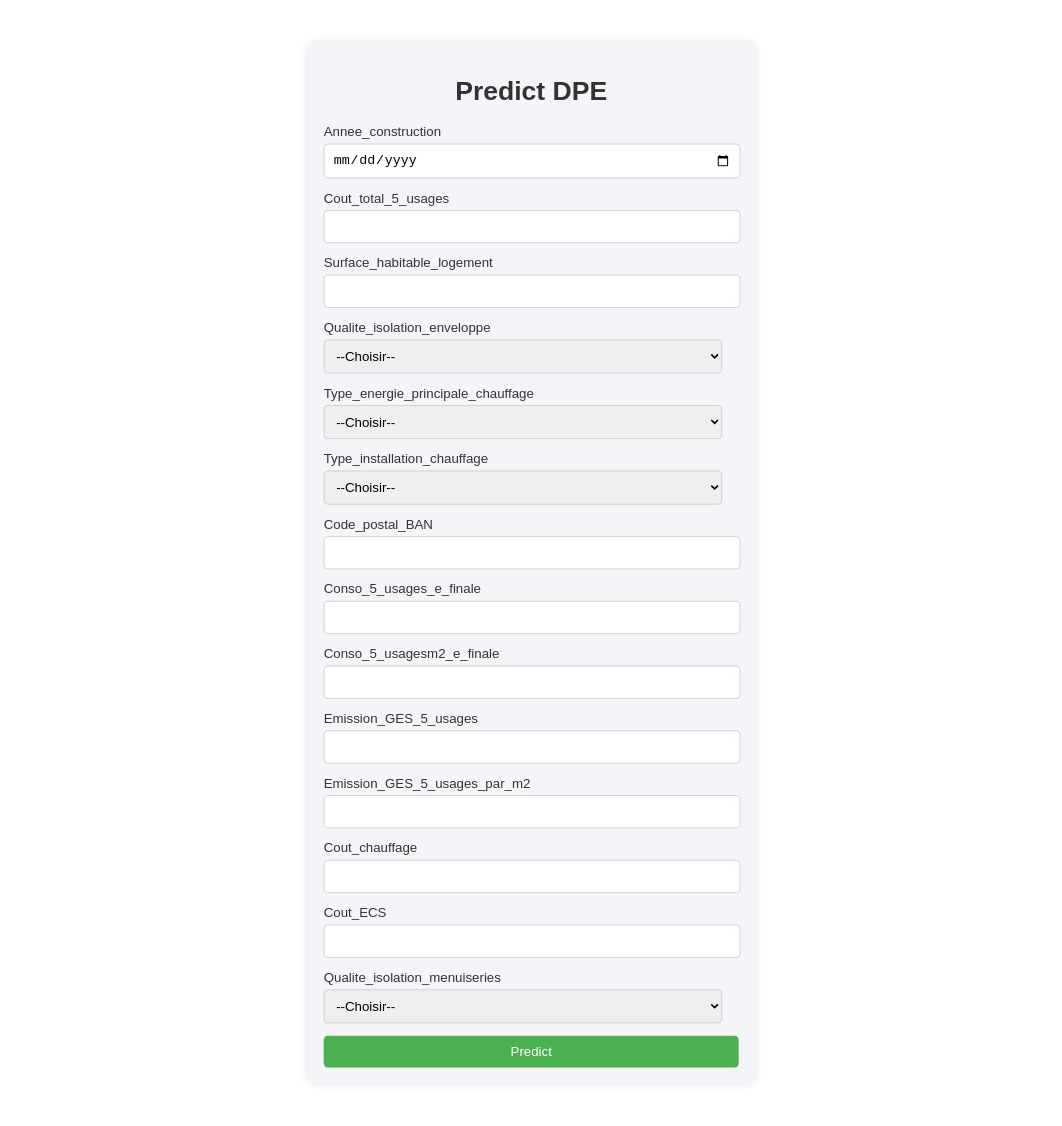
Repository: abdouAppcraft/Predict-DPE
Page: /
The author's editor kept a copy of each file at every save. The page is drawn from the files as they stood at one save, then again after the next save.
The browser window is 1280 px wide. The pictures show the whole page, at 83% of full size.
The page's requests for data from a server got no answer. The project was rebuilt for these pictures with package versions that can differ from the ones it lists, and the page was loaded fresh each time. No one was signed in, and anything a server would have sent is missing. Also part of the build but not shown: src/screens/Result/Result.tsx.

Above is the page before, as saved 2024-06-11 16:04:22.

### src/App.tsx
import React from "react";
import PredictForm from "./screens/PredictForm/PredictForm";
import { createBrowserRouter, RouterProvider } from "react-router-dom";
import Result from "./screens/Result/Result";

const router = createBrowserRouter([
  {
    path: "/",
    Component: PredictForm,
  },
  {
    path: "/result",
    Component: Result,
  },
]);

const App: React.FC = () => {
  return (
    <>
      <RouterProvider router={router} />
    </>
  );
};

export default App;

### src/screens/PredictForm/PredictForm.tsx
import React, { useState } from "react";
import axios from "axios";
import "./PredictForm.css";
import { useNavigate } from "react-router-dom";
import { useDpeOptions } from "../../hooks/useDpeOptions";

type Field = {
  name: string;
  type: string;
};

const field: Field[] = [
  { name: "Annee_construction", type: "date" },
  { name: "Cout_total_5_usages", type: "number" },
  { name: "Surface_habitable_logement", type: "number" },
  { name: "Qualite_isolation_enveloppe", type: "select" },
  { name: "Type_energie_principale_chauffage", type: "select" },
  { name: "Type_installation_chauffage", type: "select" },
  { name: "Code_postal_BAN", type: "address" },
  { name: "Conso_5_usages_e_finale", type: "number" },
  { name: "Conso_5_usagesm2_e_finale", type: "number" },
  { name: "Emission_GES_5_usages", type: "number" },
  { name: "Emission_GES_5_usages_par_m2", type: "number" },
  { name: "Cout_chauffage", type: "number" },
  { name: "Cout_ECS", type: "number" },
  { name: "Qualite_isolation_menuiseries", type: "select" },
];

const PredictForm: React.FC = () => {
  const [formData, setFormData] = useState<Record<string, any>>({});

  const [prediction, setPrediction] = useState<string | null>(null);
  const navigate = useNavigate();
  const options = useDpeOptions();

  console.log({ options });

  const handleChange = (
    e: React.ChangeEvent<HTMLInputElement | HTMLSelectElement>
  ) => {
    const { name, value, type } = e.target;
    if (type === "checkbox") {
      setFormData({
        ...formData,
        [name]: (e.target as HTMLInputElement).checked,
      });
    } else {
      setFormData({
        ...formData,
        [name]: value,
      });
    }
  };

  const handleSubmit = async (e: React.FormEvent) => {
    e.preventDefault();
    console.log("Form Data Submitted:", formData); // Ajoutez ce journal pour voir les données soumises
    try {
      // const response = await axios.post(
      //   "http://localhost:8000/predict/",
      //   formData
      // );
      // console.log("Prediction Response:", response.data); // Ajoutez ce journal pour voir la réponse
      // setPrediction(response.data.predicted_DPE);
      navigate("/result");
    } catch (error) {
      console.error("There was an error making the request:", error);
    }
  };

  const renderRow = (f: Field) => {
    switch (f.type) {
      case "select":
        return (
          <div className="form-group">
            <label>{f.name}</label>
            <select
              name={f.name}
              value={formData[f.name]}
              onChange={handleChange}
              required
            >
              <option value="">--Choisir--</option>
              <option value="électrique">Électrique</option>
              <option value="gaz">Gaz</option>
              <option value="fioul">Fioul</option>
              <option value="bois">Bois</option>
              <option value="autre">Autre</option>
            </select>
          </div>
        );
        break;

      default:
        return (
          <>
            <div className="form-group">
              <label>{f.name}</label>
              <input
                type={f.type}
                name={f.name}
                value={formData[f.name]}
                onChange={handleChange}
                required
              />
            </div>
          </>
        );
    }
  };

  return (
    <div className="predict-form">
      <h1>Predict DPE</h1>
      <form onSubmit={handleSubmit}>
        {/* <div className="form-group">
          <label>Surface habitable (m²):</label>
          <input
            type="number"
            name="Surface_habitable"
            value={formData.Surface_habitable}
            onChange={handleChange}
            required
          />
        </div>
        <div className="form-group">
          <label>Année de construction:</label>
          <input
            type="number"
            name="Annee_construction"
            value={formData.Annee_construction}
            onChange={handleChange}
            required
          />
        </div>
        <div className="form-group">
          <label>Type de chauffage:</label>
          <select
            name="Type_chauffage"
            value={formData.Type_chauffage}
            onChange={handleChange}
            required
          >
            <option value="">--Choisir--</option>
            <option value="électrique">Électrique</option>
            <option value="gaz">Gaz</option>
            <option value="fioul">Fioul</option>
            <option value="bois">Bois</option>
            <option value="autre">Autre</option>
          </select>
        </div>
        <div className="form-group">
          <label>Panneaux solaires:</label>
          <input
            type="checkbox"
            name="Panneaux_solaires"
            checked={formData.Panneaux_solaires}
            onChange={handleChange}
          />
        </div>
        <div className="form-group">
          <label>Nombre de pièces:</label>
          <input
            type="number"
            name="Nombre_pieces"
            value={formData.Nombre_pieces}
            onChange={handleChange}
            required
          />
        </div> */}
        {field.map((f) => renderRow(f))}
        <button type="submit" className="submit-btn">
          Predict
        </button>
      </form>
      {prediction && <h2>Predicted DPE: {prediction}</h2>}
    </div>
  );
};

export default PredictForm;

### src/screens/PredictForm/PredictForm.css
.predict-form {
    max-width: 500px;
    margin: 50px auto;
    padding: 20px;
    background-color: #f4f4f9;
    border-radius: 10px;
    box-shadow: 0 0 10px rgba(0, 0, 0, 0.1);
    font-family: Arial, sans-serif;
}

.predict-form h1 {
    text-align: center;
    color: #333;
}

.form-group {
    margin-bottom: 15px;
}

.form-group label {
    display: block;
    margin-bottom: 5px;
    color: #333;
}

.form-group input,
.form-group select {
    width: calc(100% - 20px);
    padding: 10px;
    border: 1px solid #ccc;
    border-radius: 5px;
    font-size: 16px;
}

.form-group input[type="checkbox"] {
    width: auto;
}

.submit-btn {
    width: 100%;
    padding: 10px;
    background-color: #4CAF50;
    color: white;
    border: none;
    border-radius: 5px;
    font-size: 16px;
    cursor: pointer;
    transition: background-color 0.3s ease;
}

.submit-btn:hover {
    background-color: #45a049;
}

h2 {
    text-align: center;
    color: #333;
    margin-top: 20px;
}

### src/hooks/useDpeOptions.tsx
import axios from "axios";
import { useEffect, useState } from "react";

export const useDpeOptions = () => {
  const [options, setOptions] = useState();

  useEffect(() => {
    axios.get("http://127.0.0.1:8000/dpe/options").then((res) => {
      setOptions(res.data);
    });
  }, []);

  return options;
};

Loaded but not shown: public/index.html (common file); src/index.tsx (common file); src/index.css (common file); src/reportWebVitals.ts (common file)

After the next save:
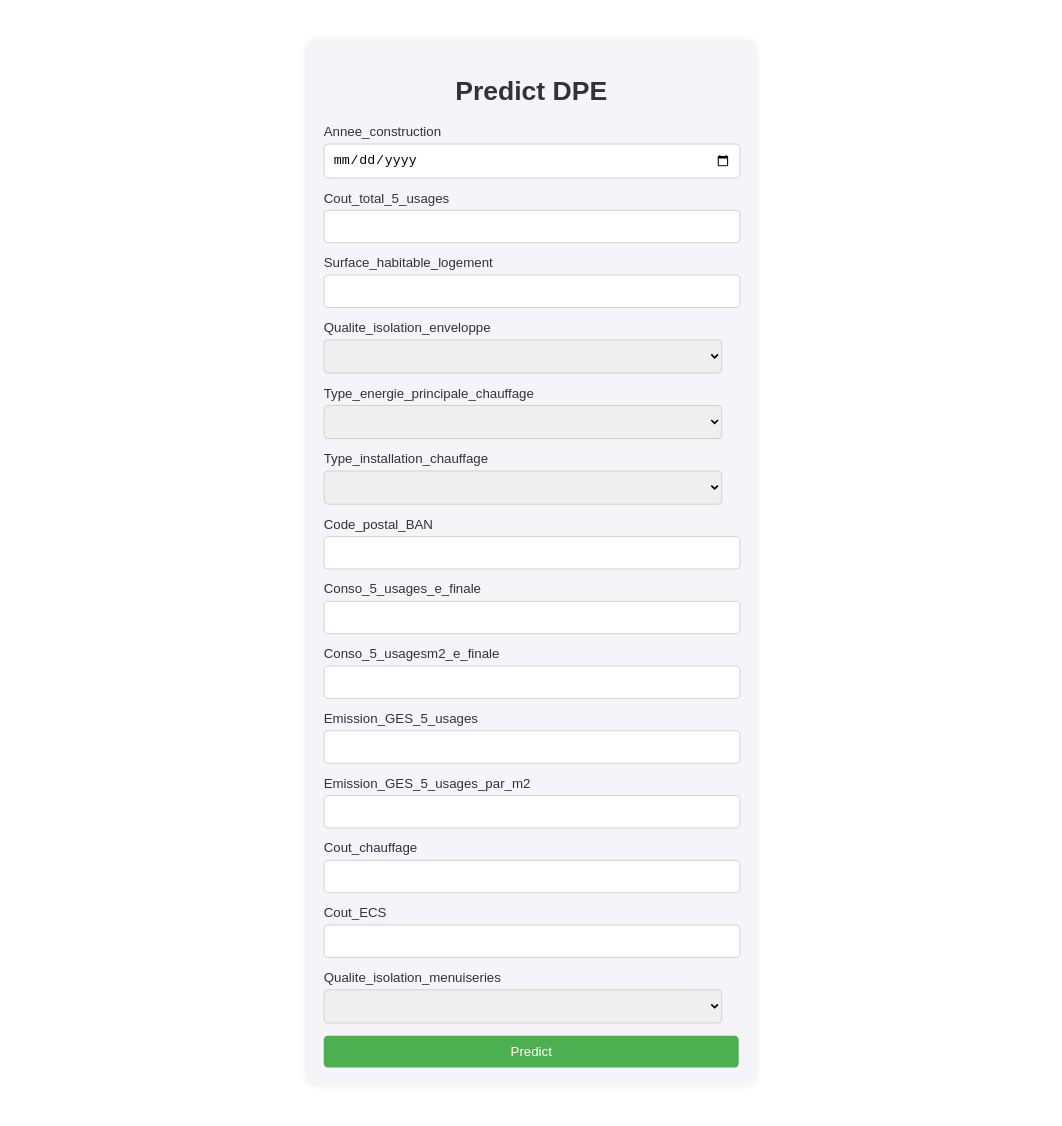
Saved 81 s later.
--- a/src/screens/PredictForm/PredictForm.tsx
+++ b/src/screens/PredictForm/PredictForm.tsx
@@ -80,12 +80,10 @@ const PredictForm: React.FC = () => {
               onChange={handleChange}
               required
             >
-              <option value="">--Choisir--</option>
-              <option value="électrique">Électrique</option>
-              <option value="gaz">Gaz</option>
-              <option value="fioul">Fioul</option>
-              <option value="bois">Bois</option>
-              <option value="autre">Autre</option>
+              {options &&
+                options[f.name]?.map((option) => {
+                  return <option>{option} </option>;
+                })}
             </select>
           </div>
         );
